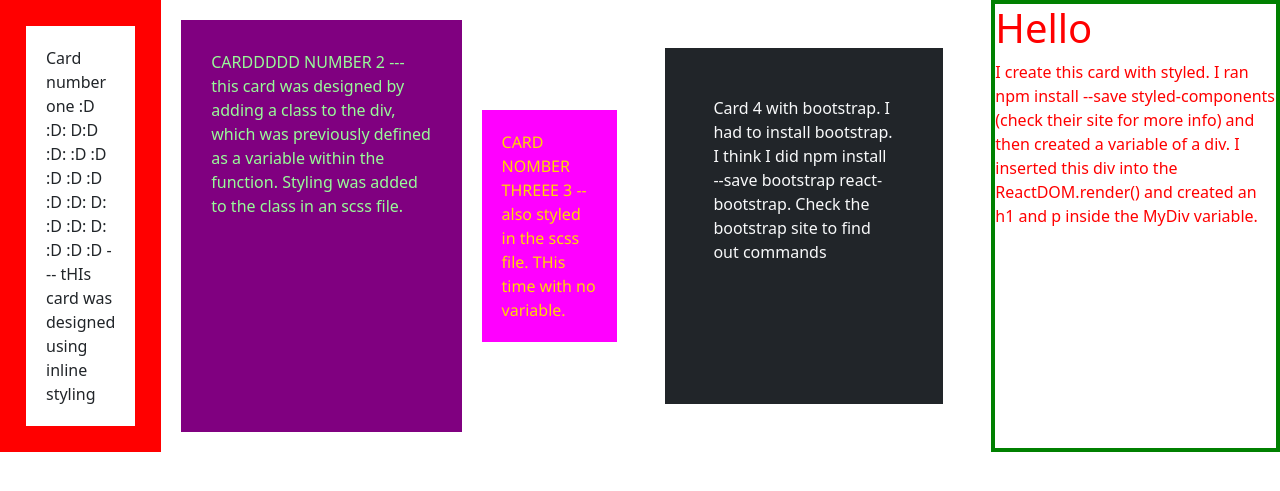
Repository: FbW-E01/spa-react-stylish-cards-gronger
Page: / (app in react-stuff/)
The author's editor kept a copy of each file at every save. The page is drawn from the files as they stood at one save, then again after the next save.
The browser window is 1280 px wide. The pictures show the whole page.
The project was rebuilt for these pictures with package versions that can differ from the ones it lists, and the page was loaded fresh each time.

Above is the page before, as saved 2021-07-14 14:13:58.

### react-stuff/src/index.js
import React from 'react';
import ReactDOM from 'react-dom';
import './main.scss';
import 'bootstrap/dist/css/bootstrap.min.css';
import styled from 'styled-components';


function CardOneInline() {
  const divStyle = {
    border: '26px solid red',
    margin: 'auto',
    padding: '20px',
    width: '30%',
  }

  return <div style={divStyle}>
    Card number one :D :D: D:D :D: :D :D :D :D :D :D :D: D: :D :D: D: :D :D :D --- tHIs card was designed using inline styling
  </div>
}

function CardTwoClass() {
  let className = 'purpleClass';

  return <div className={className}>
    CARDDDDD NUMBER 2 --- this card was designed by adding a class to the div, which was previously defined as a variable within the function. Styling was added to the class in an scss file.
  </div>
}

function CardThreeScssClass() {
  return <div className='class-3'>
    CARD NOMBER THREEE 3 -- also styled in the scss file. THis time with no variable.
  </div>
}

function CardFourBootstrap() {
  return <div className="p-5 m-5 warning bg-dark text-light">
    Card 4 with bootstrap. I had to install bootstrap. I think I did npm install --save bootstrap react-bootstrap. Check the bootstrap site to find out commands
  </div>
}

const MyDiv = styled.div`
  border: 4px solid green;
  color: red;
`;

ReactDOM.render(
  <div className="wrapper">
    <CardOneInline />
    <CardTwoClass />
    <CardThreeScssClass />
    <CardFourBootstrap />
    <MyDiv><h1>Hello</h1>
    <p>I create this card with styled. I ran npm install --save styled-components (check their site for more info) and then created a variable of a div. I inserted this div into the ReactDOM.render() and created an h1 and p inside the MyDiv variable. </p></MyDiv>
  </div>

  , document.getElementById('root')
);

### react-stuff/src/main.scss
.wrapper {
    display: flex;
    .class-3 {
        background-color: fuchsia;
        color: gold;
        font-family: 'Segoe UI', Tahoma, Geneva, Verdana, sans-serif;
        margin: auto;
        padding: 20px;
    }
    .purpleClass {
        color: palegreen;
        background-color: purple;
        padding: 30px;
        margin: 20px;
    }
}

Loaded but not shown: react-stuff/public/index.html (common file)

After the next save:
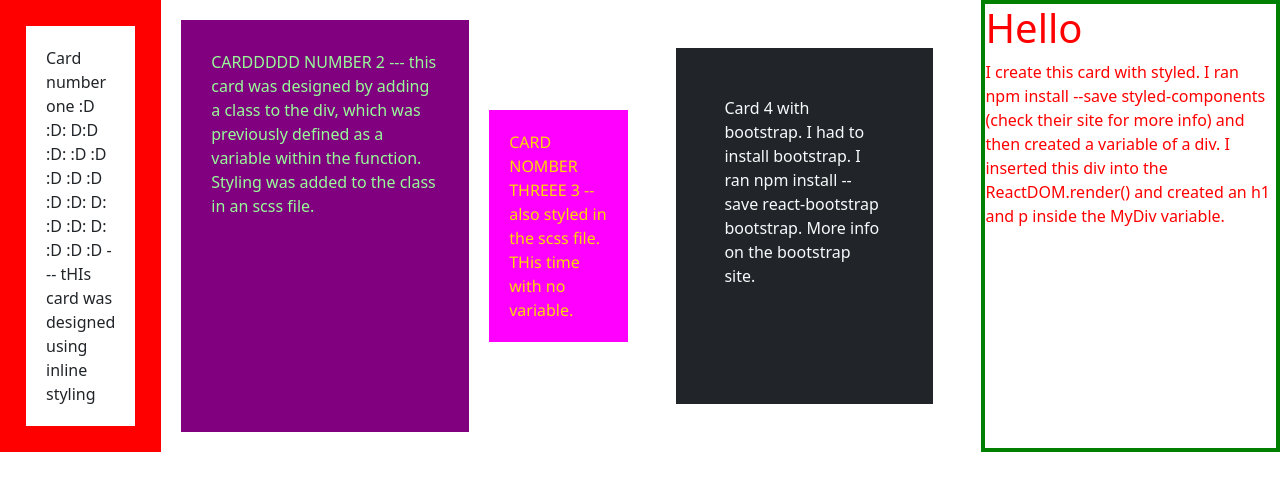
Saved 67 s later.
--- a/react-stuff/src/index.js
+++ b/react-stuff/src/index.js
@@ -34,7 +34,7 @@ function CardThreeScssClass() {
 
 function CardFourBootstrap() {
   return <div className="p-5 m-5 warning bg-dark text-light">
-    Card 4 with bootstrap. I had to install bootstrap. I think I did npm install --save bootstrap react-bootstrap. Check the bootstrap site to find out commands
+    Card 4 with bootstrap. I had to install bootstrap. I ran npm install --save react-bootstrap bootstrap. More info on the bootstrap site.
   </div>
 }
 
